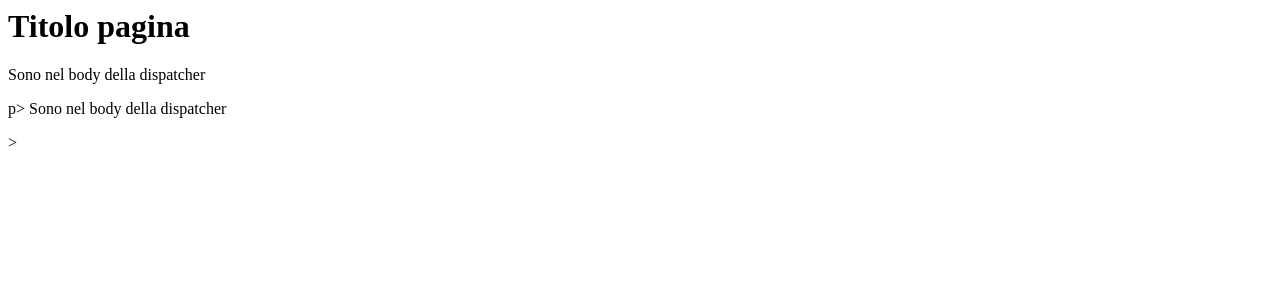
Repository: PcarloP/java_se
Page: http://localhost/anagraficaweb/jsp/body.jsp
These files come from the project's save history. The page is drawn as it stood at one moment and after the next save; the edit follows.
The browser window is 1280 px wide. The pictures show the whole page.
The page is served by Tomcat 10. Other server files are loaded and not shown.

Above is the page before, as saved 2025-06-20 12:20:04.

### anagraficaweb/WebContent/jsp/body.jsp
<h1>Titolo pagina</h1>
<p> Sono nel body della dispatcher</p>p> Sono nel body della dispatcher</p>>

After the next save:
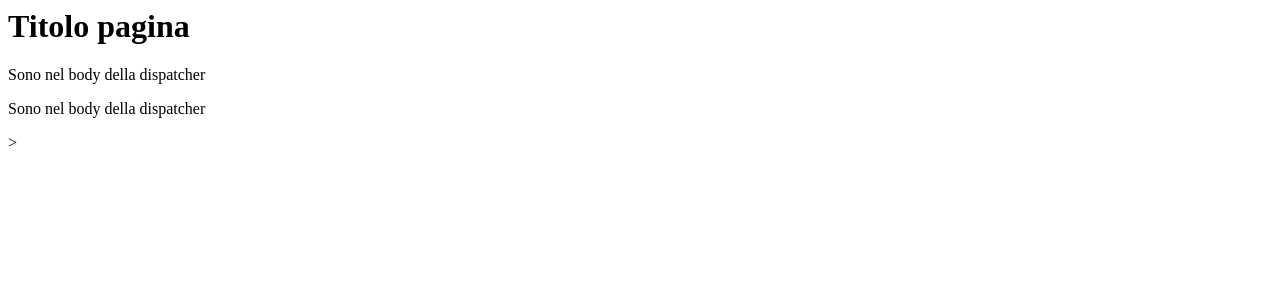
Saved 25 s later.
--- a/anagraficaweb/WebContent/jsp/body.jsp
+++ b/anagraficaweb/WebContent/jsp/body.jsp
@@ -1,2 +1,3 @@
 <h1>Titolo pagina</h1>
-<p> Sono nel body della dispatcher</p>p> Sono nel body della dispatcher</p>>
+<p> Sono nel body della dispatcher</p>
+<p> Sono nel body della dispatcher</p>>
